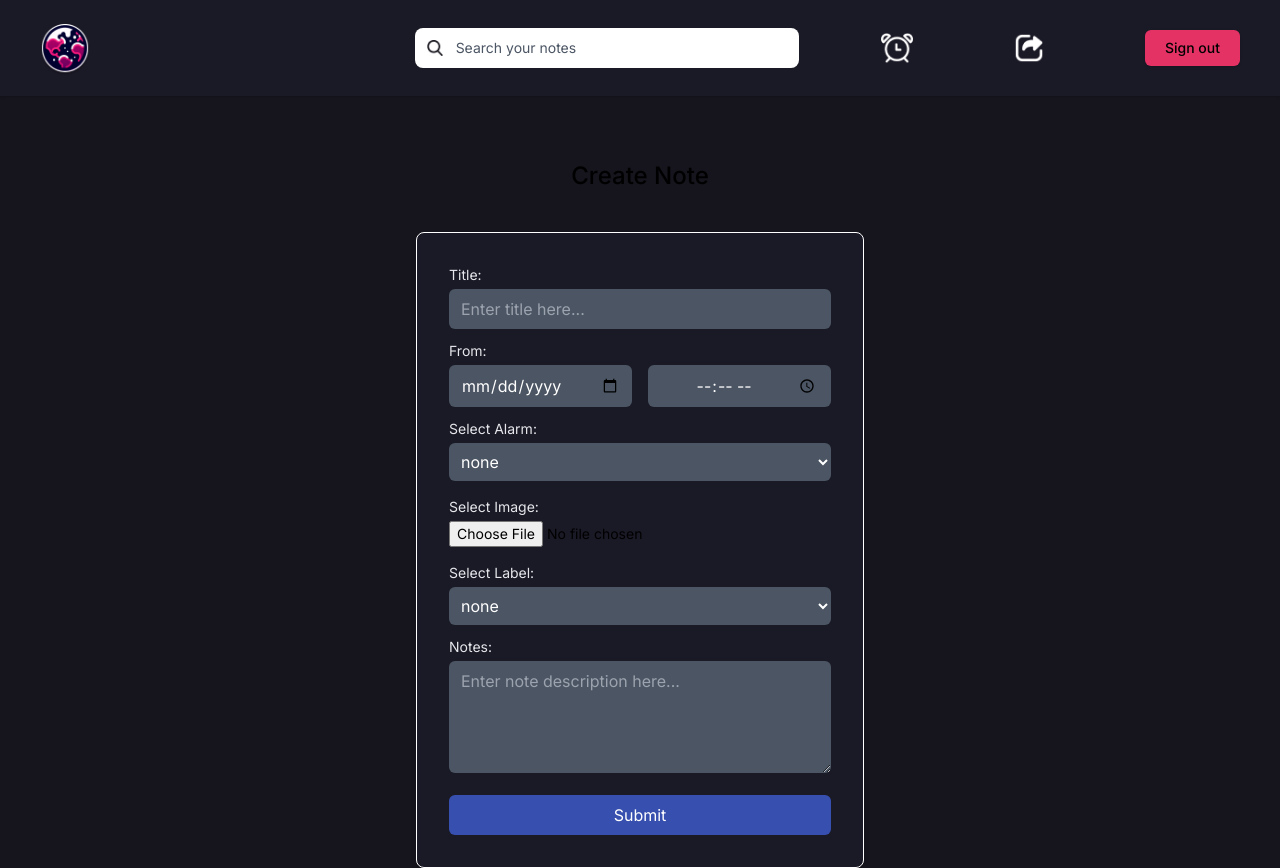
Repository: plan-it-earth/plan-it-earth
Page: /pages/calendar/createnote
These files come from the project's save history. The page is drawn as it stood at one moment and after the next save; the edit follows.
The browser window is 1280 px wide. The pictures show the whole page.
The project was rebuilt for these pictures with package versions that can differ from the ones it lists, and the page was loaded fresh each time. The framework's server and built-in components were replaced by stand-ins that run in the browser. Also part of the build but not shown: next.config.mjs.

Above is the page before, as saved 2024-04-18 19:24:03.

After the next save:
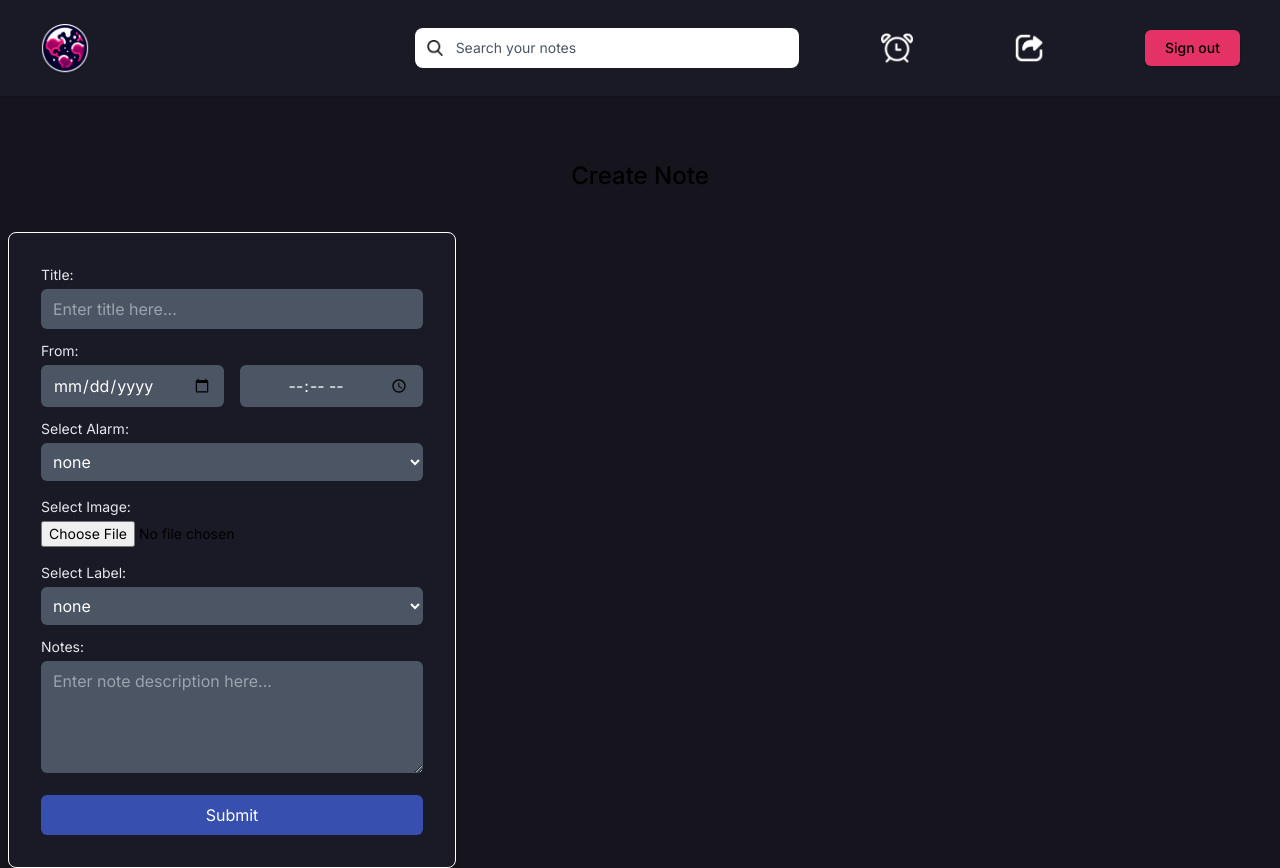
Saved 4 s later.
--- a/app/pages/calendar/createnote/page.jsx
+++ b/app/pages/calendar/createnote/page.jsx
@@ -120,7 +120,7 @@
         <div className="bg-[#16141C] min-h-screen ">
             <Header />
             <h2 className="flex items-center justify-center text-2xl font-medium mt-16">Create Note</h2>
-            <div className="max-w-md mx-auto mt-10 p-8 bg-[#1A1926] rounded-lg shadow-md border border-white">
+            <div className="max-w-md mx-2 mt-10 p-8 bg-[#1A1926] rounded-lg shadow-md border border-white">
                 <form onSubmit={handleSubmit} className="flex flex-col space-y-4">
                     <div>
 

After the save that followed:
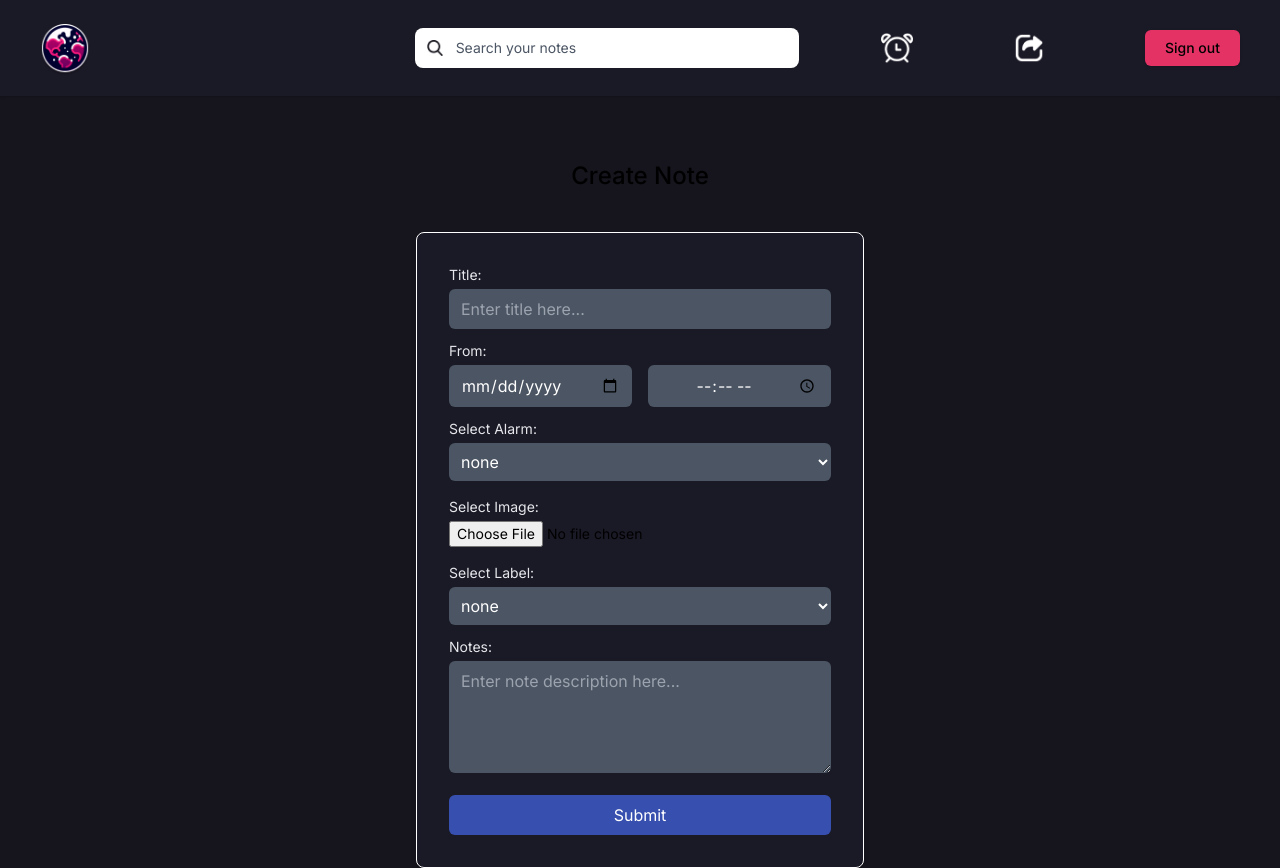
Saved 5 s later.
--- a/app/pages/calendar/createnote/page.jsx
+++ b/app/pages/calendar/createnote/page.jsx
@@ -120,7 +120,7 @@
         <div className="bg-[#16141C] min-h-screen ">
             <Header />
             <h2 className="flex items-center justify-center text-2xl font-medium mt-16">Create Note</h2>
-            <div className="max-w-md mx-2 mt-10 p-8 bg-[#1A1926] rounded-lg shadow-md border border-white">
+            <div className="max-w-md mx-2 sm:mx-auto mt-10 p-8 bg-[#1A1926] rounded-lg shadow-md border border-white">
                 <form onSubmit={handleSubmit} className="flex flex-col space-y-4">
                     <div>
 
